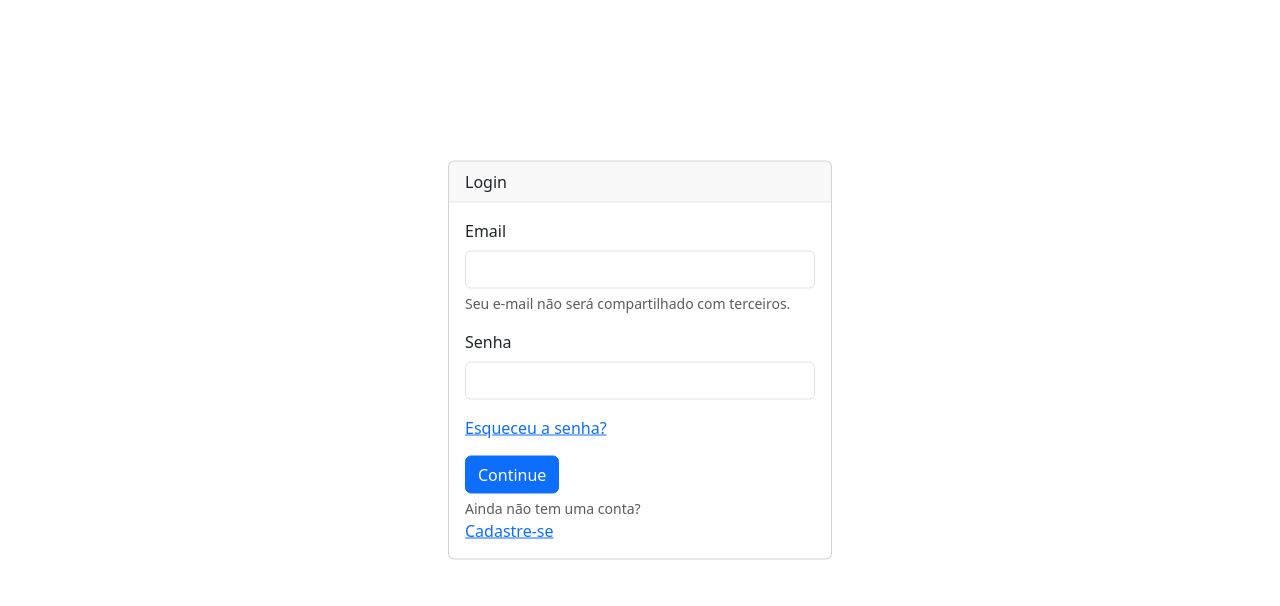
Repository: vandrecx/utilitaries
Page: http://localhost/login_archive/index.php
The author's editor kept a copy of each file at every save. The page is drawn from the files as they stood at one save, then again after the next save.
The browser window is 1280 px wide. The pictures show the whole page.
The page is run by PHP 8.4 with error messages shown; the project is at /var/www/html/.

Above is the page before, as saved 2024-05-01 14:20:48.

### login_archive/index.php
<?php

require_once 'Conn.php';
include 'funcoes.php';

?>

<!DOCTYPE html>
<html lang="en">
<head>
    <meta charset="UTF-8">
    <meta name="viewport" content="width=device-width, initial-scale=1.0">
    <link href="https://cdn.jsdelivr.net/npm/bootstrap@5.3.3/dist/css/bootstrap.min.css" rel="stylesheet" integrity="sha384-QWTKZyjpPEjISv5WaRU9OFeRpok6YctnYmDr5pNlyT2bRjXh0JMhjY6hW+ALEwIH" crossorigin="anonymous">
    <title>Página de Login</title>
</head>
<body>
    <div class="card" style="width: 30%; justify-content: center; position: absolute; top: 50%; left: 50%; transform: translate(-50%, -50%);">
        <div class="card-header">
            Login
        </div>
        <div class="card-body">
            <form method="POST" action="UserAuth.php">
                <div class="mb-3">
                    <label for="exampleInputEmail1" class="form-label">Email</label>
                    <input type="email" class="form-control" id="exampleInputEmail1" aria-describedby="emailHelp" name="email">
                    <div id="emailHelp" class="form-text">Seu e-mail não será compartilhado com terceiros.</div>
                </div>
                <div class="mb-3">
                    <label for="exampleInputPassword1" class="form-label">Senha</label>
                    <input type="password" class="form-control" id="exampleInputPassword1" name="password">
                </div>
                <div class="mb-3">
                    <a href="recupera_senha.php">Esqueceu a senha?</a>
                </div>
                <button type="submit" class="btn btn-primary" name="submit">Continue</button>
            </form>
                <div id="emailHelp" class="form-text">Ainda não tem uma conta? </div>
                <a href="recupera_senha.php">Cadastre-se</a>
                <?php if(isset($_GET['validation']) && $_GET['validation'] == '0'){ ?>
                    <br>
                    <div class="alert alert-danger" role="alert">
                        E-mail ou senha estão incorretos!
                    </div>
                <?php }else if(isset($_GET['validation']) && $_GET['validation'] == '1'){ ?>
                    <br>
                    <div class="alert alert-danger" role="alert">
                        Senha incorreta!
                    </div>
                <?php }else if(isset($_GET['validation']) && $_GET['validation'] == '2'){ ?>
                    <br>
                    <div class="alert alert-success" role="alert">
                        <h4 class="alert-heading">Senha alterada com sucesso!</h4>
                        <hr>
                        <p class="mb-0">Uma nova senha foi enviada para o e-mail <strong><?php echo hideEmail(); ?></strong></p>
                    </div>
                <?php } ?>
        </div>
    </div>
</body>
</html>

### login_archive/Conn.php
<?php

//PDO (PHP DATA OBJECTS)

$pdo = new PDO("mysql:host=localhost; dbname=sistema; charset=UTF8", "root", ""); // REALIZA CONEXÃO COM PDO
$pdo->setAttribute(PDO::ATTR_ERRMODE, PDO::ERRMODE_EXCEPTION); // EXCEPTIONS

?>

### login_archive/funcoes.php
<?php

require_once 'Conn.php';

// FUNÇÃO RESPONSÁVEL POR SANITIZAR OS DADOS PASSADOS POR POST
function sanitizeData($input_name, $type){
    switch ($type){

        case 'text':
            return filter_input(INPUT_POST, $input_name, FILTER_SANITIZE_SPECIAL_CHARS);
            break;

        case 'email':
            $email = filter_input(INPUT_POST, $input_name, FILTER_SANITIZE_EMAIL);
            //VALIDAR EMAIL AQUI NO MEIO
            return $email;
            break;

        case 'url':
            return filter_input(INPUT_POST, $input_name, FILTER_SANITIZE_URL);
            break;

        case 'int':
            return filter_input(INPUT_POST, $input_name, FILTER_SANITIZE_NUMBER_INT);
            break;

        case 'float':
            return filter_input(INPUT_POST, $input_name, FILTER_SANITIZE_NUMBER_FLOAT);
            break;

        default:
            return $input_name;
    }
}

// GERA SENHA ALEATÓRIA DE 6 CARACTERES
function generatePassword(){
    $chars = 'abcdefghijklmnopqrstuvwxyzABCDEFGHIJKLMNOPQRSTUVWXYZ0123456789!@#$%^&*()-_=+';
    return substr(str_shuffle($chars), 0, 5) . substr(str_shuffle('ABCDEFGHIJKLMNOPQRSTUVWXYZ!@#$%^&*()-_=+'), 0, 1);
}

// ATUALIZA SENHA (usada em ForgotPassword.php)
function updatePass($newpass, $email, $pdo){

    try{

        $update = $pdo->prepare("UPDATE entidade SET s_password_entidade = :new_pass WHERE s_enterpriseemail_entidade = :s_enterpriseemail_entidade");
        $update->bindParam(':new_pass', $newpass);
        $update->bindParam(':s_enterpriseemail_entidade', $email);
        $update->execute();

    } catch(PDOException $err) {

        echo 'Erro na atualização: ' . $err;

    }

}

//ESCONDE EMAIL DE RECUPERAÇÃO PASSADO POR SESSION
function hideEmail(){

    session_start();

    $email = $_SESSION['pass_repair'];
    $encript_email = substr($email, 0, 5);
    $result_email = $encript_email . str_repeat("*", strlen($email) - 5);

    session_destroy();

    return $result_email;
}

?>

After the next save:
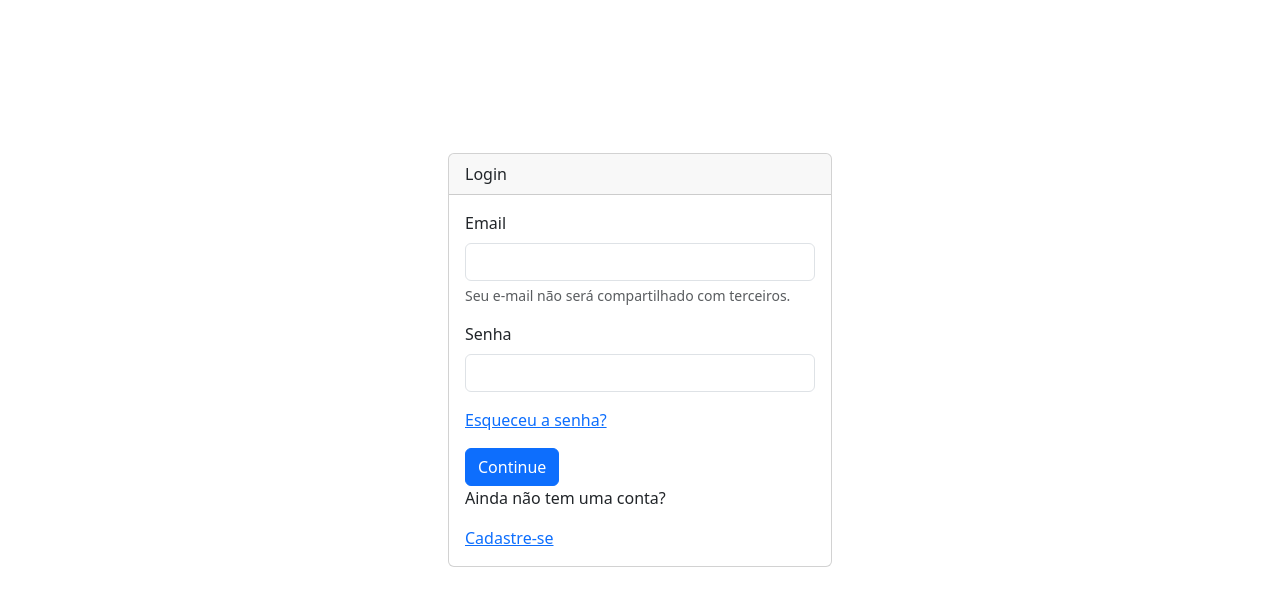
Saved 40 s later.
--- a/login_archive/index.php
+++ b/login_archive/index.php
@@ -34,7 +34,7 @@ include 'funcoes.php';
                 </div>
                 <button type="submit" class="btn btn-primary" name="submit">Continue</button>
             </form>
-                <div id="emailHelp" class="form-text">Ainda não tem uma conta? </div>
+                <p>Ainda não tem uma conta? </p>
                 <a href="recupera_senha.php">Cadastre-se</a>
                 <?php if(isset($_GET['validation']) && $_GET['validation'] == '0'){ ?>
                     <br>
